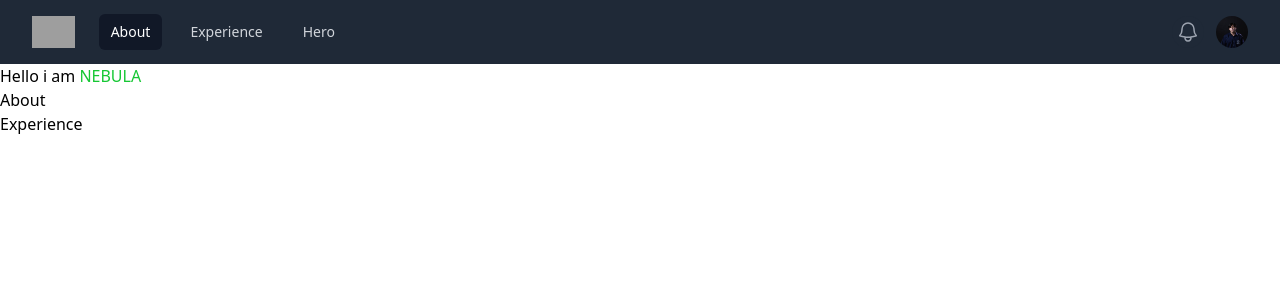
Repository: supakorn5039-boon/React-f
Page: /
These files come from the project's save history. The page is drawn as it stood at one moment and after a run of saves; the edit follows.
The browser window is 1280 px wide. The pictures show the whole page.
Pictures or frames that could not be fetched are drawn as grey boxes. The project was rebuilt for these pictures with package versions that can differ from the ones it lists, and the page was loaded fresh each time. Also part of the build but not shown: vite.config.js.

Above is the page before, as saved 2024-01-09 10:53:02.

### src/App.jsx
import Navbar from "./components/navbar";
import Hero from "./components/Hero";
import About from "./components/About";
import Experience from "./components/Experience";

export default function App() {
  return (
    <>
      <Navbar />
      <Hero />
      <About />
      <Experience />
    </>
  );
}

### src/components/navbar.jsx
import { Fragment } from "react";
import { Disclosure, Menu, Transition } from "@headlessui/react";
import { Bars3Icon, BellIcon, XMarkIcon } from "@heroicons/react/24/outline";
import boon from "../assets/Photo.jpg";
const navigation = [
  { name: "About", href: "#about", current: true },
  { name: "Experience", href: "#experience", current: false },
  { name: "Hero", href: "#hero", current: false },
];

function classNames(...classes) {
  return classes.filter(Boolean).join(" ");
}

export default function Navbar() {
  return (
    <Disclosure as="nav" className="bg-gray-800">
      {({ open }) => (
        <>
          <div className="mx-auto max-w-7xl px-2 sm:px-6 lg:px-8">
            <div className="relative flex h-16 items-center justify-between">
              <div className="absolute inset-y-0 left-0 flex items-center sm:hidden">
                {/* Mobile menu button*/}
                <Disclosure.Button className="relative inline-flex items-center justify-center rounded-md p-2 text-gray-400 hover:bg-gray-700 hover:text-white focus:outline-none focus:ring-2 focus:ring-inset focus:ring-white">
                  <span className="absolute -inset-0.5" />
                  <span className="sr-only">Open main menu</span>
                  {open ? (
                    <XMarkIcon className="block h-6 w-6" aria-hidden="true" />
                  ) : (
                    <Bars3Icon className="block h-6 w-6" aria-hidden="true" />
                  )}
                </Disclosure.Button>
              </div>
              <div className="flex flex-1 items-center justify-center sm:items-stretch sm:justify-start">
                <div className="flex flex-shrink-0 items-center">
                  <img
                    className="h-8 w-auto"
                    src="https://tailwindui.com/img/logos/mark.svg?color=indigo&shade=500"
                    alt="Your Company"
                  />
                </div>
                <div className="hidden sm:ml-6 sm:block">
                  <div className="flex space-x-4">
                    {navigation.map((item) => (
                      <a
                        key={item.name}
                        href={item.href}
                        className={classNames(
                          item.current
                            ? "bg-gray-900 text-white"
                            : "text-gray-300 hover:bg-gray-700 hover:text-white",
                          "rounded-md px-3 py-2 text-sm font-medium"
                        )}
                        aria-current={item.current ? "page" : undefined}
                      >
                        {item.name}
                      </a>
                    ))}
                  </div>
                </div>
              </div>
              <div className="absolute inset-y-0 right-0 flex items-center pr-2 sm:static sm:inset-auto sm:ml-6 sm:pr-0">
                <button
                  type="button"
                  className="relative rounded-full bg-gray-800 p-1 text-gray-400 hover:text-white focus:outline-none focus:ring-2 focus:ring-white focus:ring-offset-2 focus:ring-offset-gray-800"
                >
                  <span className="absolute -inset-1.5" />
                  <span className="sr-only">View notifications</span>
                  <BellIcon className="h-6 w-6" aria-hidden="true" />
                </button>

                {/* Profile dropdown */}
                <Menu as="div" className="relative ml-3">
                  <div>
                    <Menu.Button className="relative flex rounded-full bg-gray-800 text-sm focus:outline-none focus:ring-2 focus:ring-white focus:ring-offset-2 focus:ring-offset-gray-800">
                      <span className="absolute -inset-1.5" />
                      <span className="sr-only">Open user menu</span>
                      <img className="h-8 w-8 rounded-full" src={boon} alt="" />
                    </Menu.Button>
                  </div>
                  <Transition
                    as={Fragment}
                    enter="transition ease-out duration-100"
                    enterFrom="transform opacity-0 scale-95"
                    enterTo="transform opacity-100 scale-100"
                    leave="transition ease-in duration-75"
                    leaveFrom="transform opacity-100 scale-100"
                    leaveTo="transform opacity-0 scale-95"
                  >
                    <Menu.Items className="absolute right-0 z-10 mt-2 w-48 origin-top-right rounded-md bg-white py-1 shadow-lg ring-1 ring-black ring-opacity-5 focus:outline-none">
                      <Menu.Item>
                        {({ active }) => (
                          <a
                            href="#"
                            className={classNames(
                              active ? "bg-gray-100" : "",
                              "block px-4 py-2 text-sm text-gray-700"
                            )}
                          >
                            Your Profile
                          </a>
                        )}
                      </Menu.Item>
                      <Menu.Item>
                        {({ active }) => (
                          <a
                            href="#"
                            className={classNames(
                              active ? "bg-gray-100" : "",
                              "block px-4 py-2 text-sm text-gray-700"
                            )}
                          >
                            Settings
                          </a>
                        )}
                      </Menu.Item>
                      <Menu.Item>
                        {({ active }) => (
                          <a
                            href="#"
                            className={classNames(
                              active ? "bg-gray-100" : "",
                              "block px-4 py-2 text-sm text-gray-700"
                            )}
                          >
                            Sign out
                          </a>
                        )}
                      </Menu.Item>
                    </Menu.Items>
                  </Transition>
                </Menu>
              </div>
            </div>
          </div>

          <Disclosure.Panel className="sm:hidden">
            <div className="space-y-1 px-2 pb-3 pt-2">
              {navigation.map((item) => (
                <Disclosure.Button
                  key={item.name}
                  as="a"
                  href={item.href}
                  className={classNames(
                    item.current
                      ? "bg-gray-900 text-white"
                      : "text-gray-300 hover:bg-gray-700 hover:text-white",
                    "block rounded-md px-3 py-2 text-base font-medium"
                  )}
                  aria-current={item.current ? "page" : undefined}
                >
                  {item.name}
                </Disclosure.Button>
              ))}
            </div>
          </Disclosure.Panel>
        </>
      )}
    </Disclosure>
  );
}

### src/components/Hero.jsx
export default function Hero() {
  return (
    <section className="">
      <div>
        <div>
          <h1 className="heroHeadText">
            Hello i am <span className="text-[#16c734]">NEBULA</span>
          </h1>
          <p className=""></p>
        </div>
      </div>
    </section>
  );
}

Loaded but not shown: index.html (common file); src/main.jsx (common file); src/index.css (common file); src/components/About.jsx (common file); src/components/Experience.jsx (common file); tailwind.config.js (common file)

After the next 2 saves:
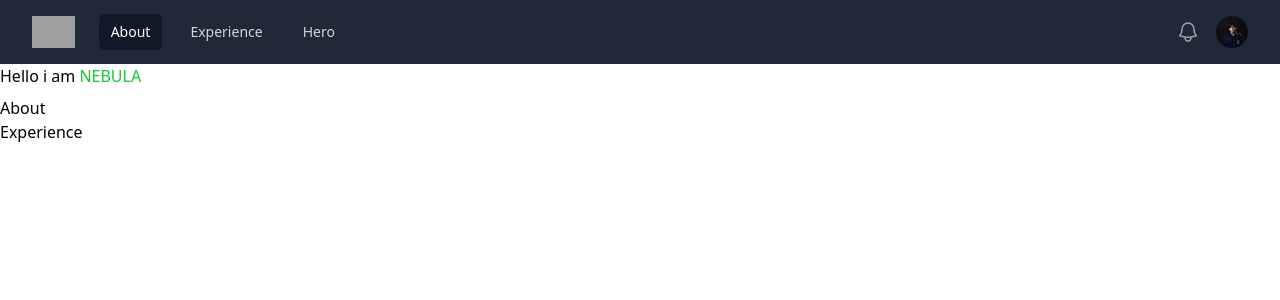
The 2 saves are shown as one change because they came seconds apart.
The last was saved 10 s later.
--- a/src/components/Hero.jsx
+++ b/src/components/Hero.jsx
@@ -6,7 +6,7 @@ export default function Hero() {
           <h1 className="heroHeadText">
             Hello i am <span className="text-[#16c734]">NEBULA</span>
           </h1>
-          <p className=""></p>
+          <p className="heroSubText mt-2 text-white-100"></p>
         </div>
       </div>
     </section>
